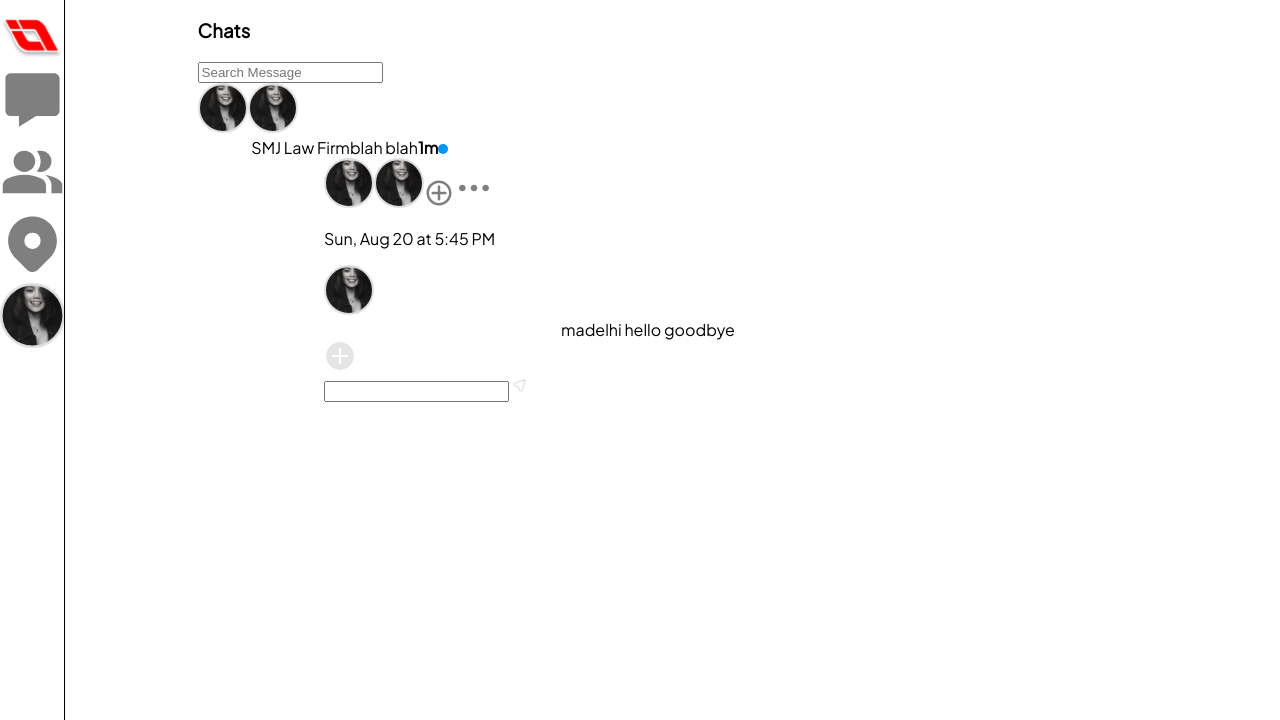
Repository: Nicktacku/LawChat
Page: /homechat (app in frontend/lawchat/)
The author's editor kept a copy of each file at every save. The page is drawn from the files as they stood at one save, then again after the next save.
The browser window is 1280 px wide. The pictures show the whole page.
The project was rebuilt for these pictures with package versions that can differ from the ones it lists, and the page was loaded fresh each time. Also part of the build but not shown: frontend/lawchat/src/styles/button.css, frontend/lawchat/src/components/Button.js, frontend/lawchat/src/pages/Home.js, frontend/lawchat/src/pages/Login.js, frontend/lawchat/src/pages/Test.js.

Above is the page before, as saved 2024-08-15 14:24:37.

### frontend/lawchat/public/index.html
<!DOCTYPE html>
<html lang="en">
  <head>
    <meta charset="utf-8" />
    <link rel="icon" href="%PUBLIC_URL%/favicon.ico" />
    <meta name="viewport" content="width=device-width, initial-scale=1" />
    <meta name="theme-color" content="#000000" />
    <meta
      name="description"
      content="Web site created using create-react-app"
    />
    <link rel="apple-touch-icon" href="%PUBLIC_URL%/logo192.png" />
    <!--
      manifest.json provides metadata used when your web app is installed on a
      user's mobile device or desktop. See https://developers.google.com/web/fundamentals/web-app-manifest/
    -->
    <link rel="manifest" href="%PUBLIC_URL%/manifest.json" />
    <link
      href="https://fonts.googleapis.com/css?family=Plus Jakarta Sans"
      rel="stylesheet"
    />
    <!--
      Notice the use of %PUBLIC_URL% in the tags above.
      It will be replaced with the URL of the `public` folder during the build.
      Only files inside the `public` folder can be referenced from the HTML.

      Unlike "/favicon.ico" or "favicon.ico", "%PUBLIC_URL%/favicon.ico" will
      work correctly both with client-side routing and a non-root public URL.
      Learn how to configure a non-root public URL by running `npm run build`.
    -->
    <title>React App</title>
  </head>
  <body>
    <noscript>You need to enable JavaScript to run this app.</noscript>
    <div id="root"></div>
    <!--
      This HTML file is a template.
      If you open it directly in the browser, you will see an empty page.

      You can add webfonts, meta tags, or analytics to this file.
      The build step will place the bundled scripts into the <body> tag.

      To begin the development, run `npm start` or `yarn start`.
      To create a production bundle, use `npm run build` or `yarn build`.
    -->
  </body>
</html>

### frontend/lawchat/src/App.js
import Home from "./pages/Home.js";
import Login from "./pages/Login.js";
import HomeChat from "./pages/HomeChat.js";

import {
  createBrowserRouter,
  createRoutesFromElements,
  Route,
  RouterProvider,
} from "react-router-dom";
import Test from "./pages/Test.js";

const router = createBrowserRouter(
  createRoutesFromElements(
    <Route path="/">
      <Route index element={<Home />} />
      <Route path="/login" element={<Login />} />
      <Route path="/homechat" element={<HomeChat />} />
      <Route path="/test" element={<Test />} />
    </Route>
  )
);

function App() {
  return (
    <div className="App">
      {/* <Login /> */}
      <RouterProvider router={router} />
    </div>
  );
}

export default App;

### frontend/lawchat/src/pages/HomeChat.js
import React from "react";

import logo from "../images/logo.svg";
import chaticon from "../images/chaticon.svg";
import friendsicon from "../images/friendsicon.svg";
import locationicon from "../images/locationicon.svg";
import personaldp from "../images/personaldp.svg";

import newchaticon from "../images/newchaticon.svg";
import ChatPreview from "../components/ChatPreview";

import addicon from "../images/addicon.svg";
import tripledoticon from "../images/tripledoticon.svg";
import ChatBubble from "../components/ChatBubble";

import attachicon from "../images/attachicon.svg";

import sendicon from "../images/sendicon.svg";

import "../styles/homechat.css";

const HomeChat = () => {
  return (
    <div className="container">
      <div className="sidebar">
        <img src={logo} className="img" /> <br />
        <img src={chaticon} className="img" /> <br />
        <img src={friendsicon} className="img" /> <br />
        <img src={locationicon} className="img" /> <br />
        <img src={personaldp} className="img" /> <br />
      </div>
      <div className="chats">
        <h3 className="h3">
          <b>Chats</b>
        </h3>
        <image src={newchaticon} />
        <form>
          <input type="text" placeholder="Search Message" />
        </form>
        <ChatPreview name="SMJ Law Firm" preview="blah blah" />
      </div>
      <div className="chat">
        <div className="chat-bar">
          <img src={personaldp} />
          <img src={personaldp} />
          <img src={addicon} />
          <img src={tripledoticon} />
        </div>
        <div className="chat-content">
          <p>Sun, Aug 20 at 5:45 PM</p>
          <ChatBubble name="madel" message="hi hello goodbye" />
        </div>
        <div className="chatbox">
          <img src={attachicon} />
          <form>
            <input type="text" placeholder="" />
            <img src={sendicon} />
          </form>
        </div>
      </div>
    </div>
  );
};

export default HomeChat;

### frontend/lawchat/src/styles/home.css
body {
    font-family: 'Plus Jakarta Sans';
}

.body {
    padding-left: 5%;
    padding-right: 5%;
}

.navbar {
    overflow: hidden;
    border-bottom: 1px solid rgba(129, 133, 137, 0.3);
    padding-left: 3%;
    padding-right: 3%;
}



.nav-list {
    list-style-type: none;
    margin: 0;
    padding: 0;
    text-align: center;
}

.nav-item {
    float: right;
    padding: 2vh;
}

.logo{
    overflow: hidden;
    float:left;
}

.body-content {
    width: 40%;
    float: left;
    justify-content: center;
}

.body-image {
    width: 60%;
    float: right;
}

.h1{
    font-size: 18vh;
    margin-top: 30%;
}

.p {
    font-size: 5vh;
    color: gray;
}

.stores {
    justify-content: space-around;
}

.body-image {
    position: relative;
}

/* .body-image-content {
    position: absolute;
    width: 100px;
    height: 100px;
    border: 1px solid red;
} */

### frontend/lawchat/src/components/ChatPreview.js
import React from "react";

import personaldp from "../images/personaldp.svg";
import bluedot from "../images/bluedot.svg";

function ChatPreview(props) {
  return (
    <div className="container">
      <div className="images">
        <img src={personaldp} />
        <img src={personaldp} />
      </div>
      <div className="body">
        {props.name}
        {props.preview}
        <b>1m</b>
        <img src={bluedot} />
      </div>
    </div>
  );
}

export default ChatPreview;

### frontend/lawchat/src/components/ChatBubble.js
import React from "react";

import personaldp from "../images/personaldp.svg";

function ChatBubble(props) {
  return (
    <div className="container">
      <img src={personaldp} />
      <div className="chat">
        {props.name}
        {props.message}
      </div>
    </div>
  );
}

export default ChatBubble;

### frontend/lawchat/src/styles/homechat.css
.sidebar {
    height: 100%;
    width: 5%;
    position: fixed;
    top: 0;
    left: 0;
    overflow-x: hidden;
    padding-top: 16px;
    border-right: 1px solid black;
    /* justify-content: center; */
    /* align-items: center; */
  }

.chat {
    margin-left: 25%
}

.chats {
    margin-left: 15%
}

.img{
    width: 9vh;
    padding-bottom: 5%;
  }

Loaded but not shown: frontend/lawchat/src/index.js (common file)

After the next save:
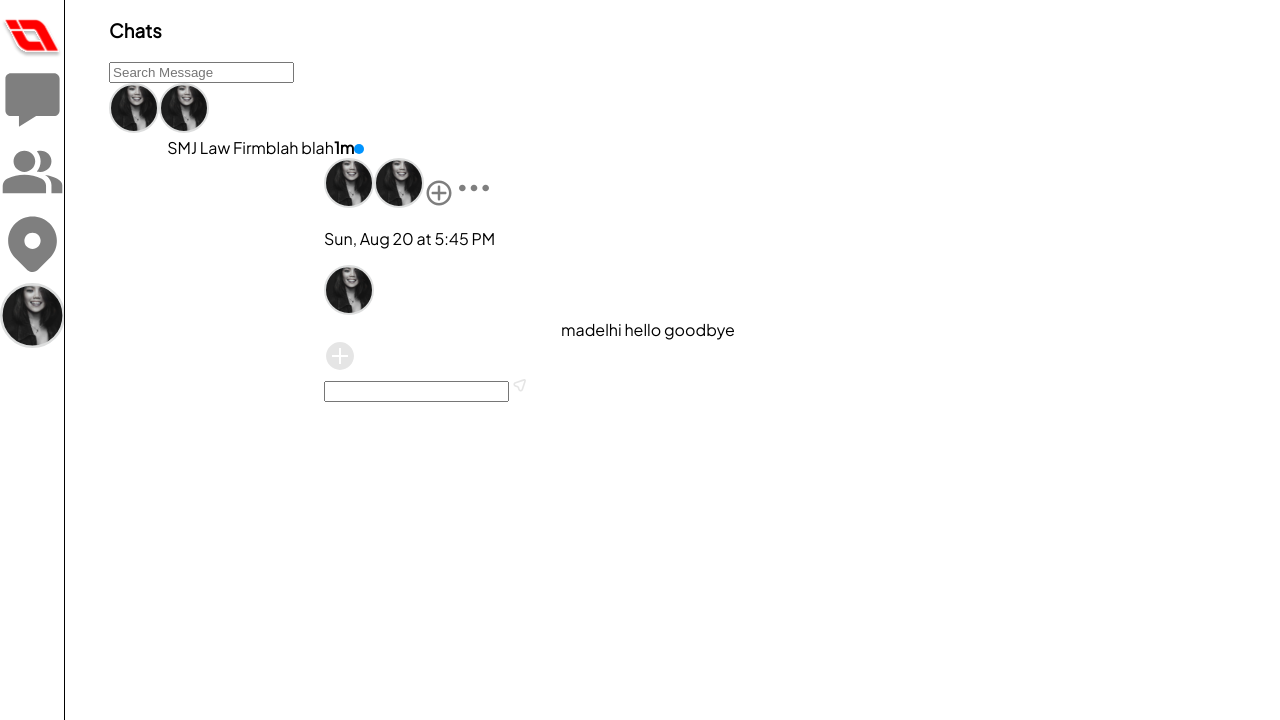
Saved 4 s later.
--- a/frontend/lawchat/src/styles/homechat.css
+++ b/frontend/lawchat/src/styles/homechat.css
@@ -16,7 +16,7 @@
 }
 
 .chats {
-    margin-left: 15%
+    margin-left: 8%
 }
 
 .img{
